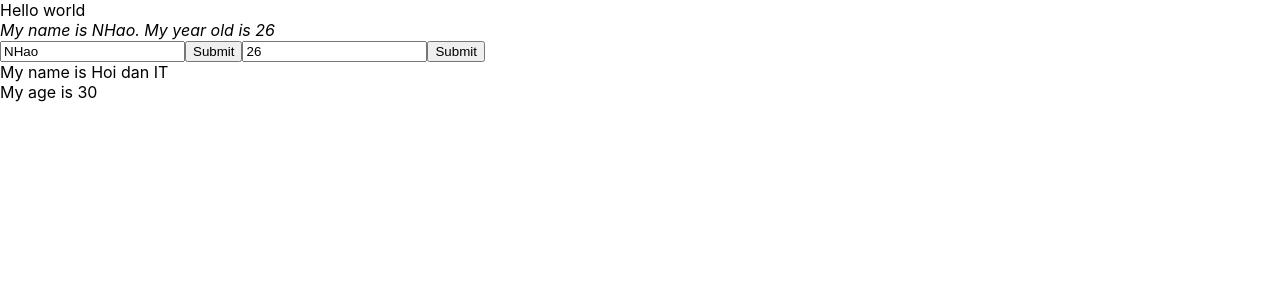
Repository: haonguyen09/reactProject
Page: /
An editor plug-in stored every save of this project. The page is shown before and after the next save, followed by the edit.
The browser window is 1280 px wide. The pictures show the whole page.
The project was rebuilt for these pictures with package versions that can differ from the ones it lists, and the page was loaded fresh each time.

Above is the page before, as saved 2023-08-01 13:33:34.

After the next save:
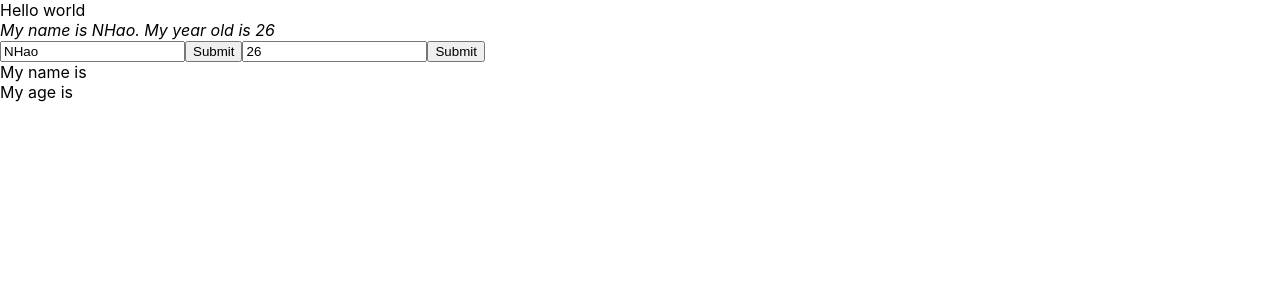
Saved 69 s later.
--- a/src/components/MyComponent.js
+++ b/src/components/MyComponent.js
@@ -17,7 +17,7 @@ class MyComponent extends React.Component {
         return (
             <div>
                 <Info />
-                <MyInfo name=" Hoi dan IT" age="30"/>
+                <MyInfo listUsers={this.state.listUsers} />
             </div>
             );
     };
